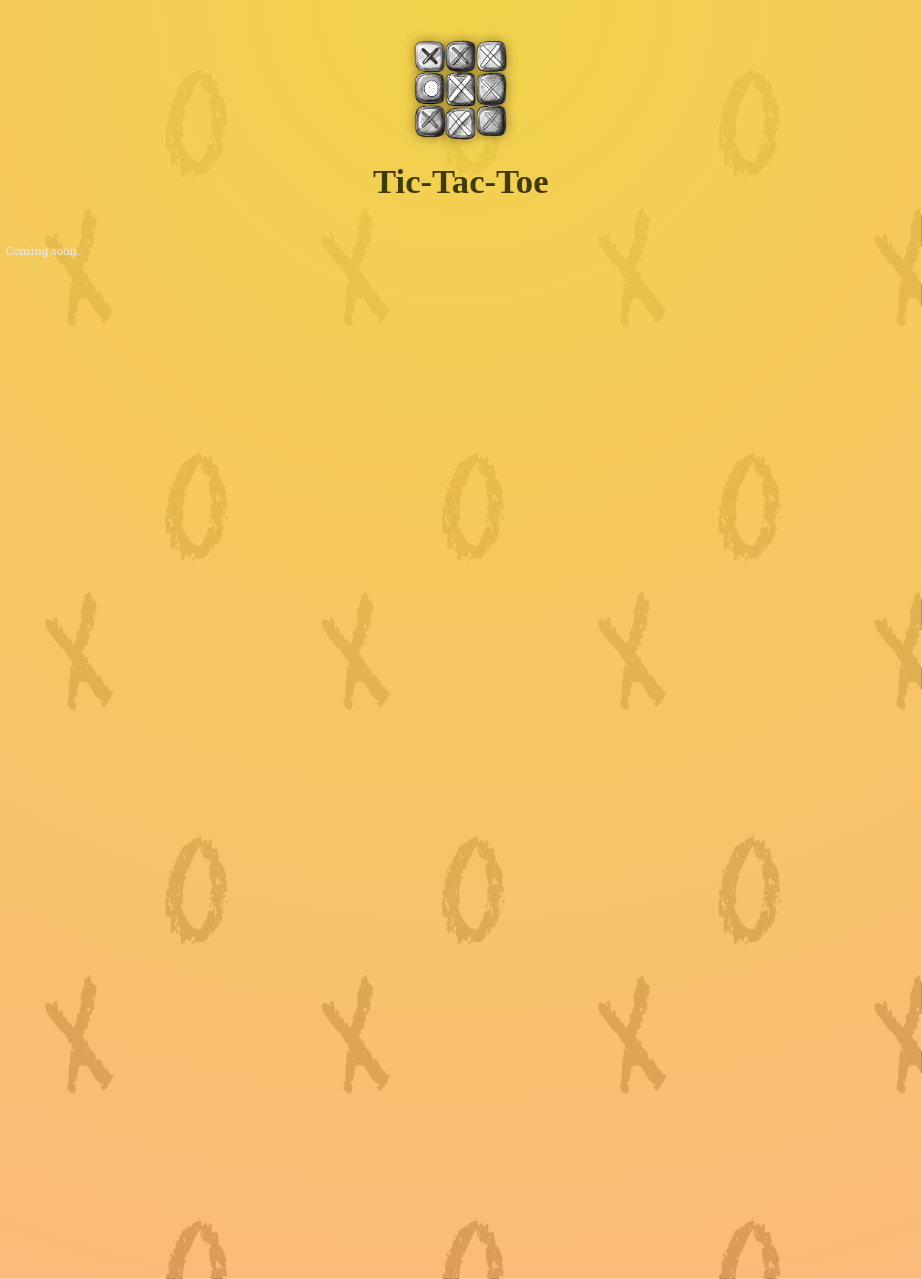
Repository: collyrium921/tic-tac-toe
Page: /
These files come from the project's save history. The page is drawn as it stood at one moment and after the next save; the edit follows.
The browser window is 1280 px wide. The pictures show the whole page, at 72% of full size.
Some web fonts or font styles are not loaded; a fallback is used. The project was rebuilt for these pictures with package versions that can differ from the ones it lists, and the page was loaded fresh each time. Also part of the build but not shown: vite.config.js.

Above is the page before, as saved 2024-05-23 00:39:48.

After the next save:
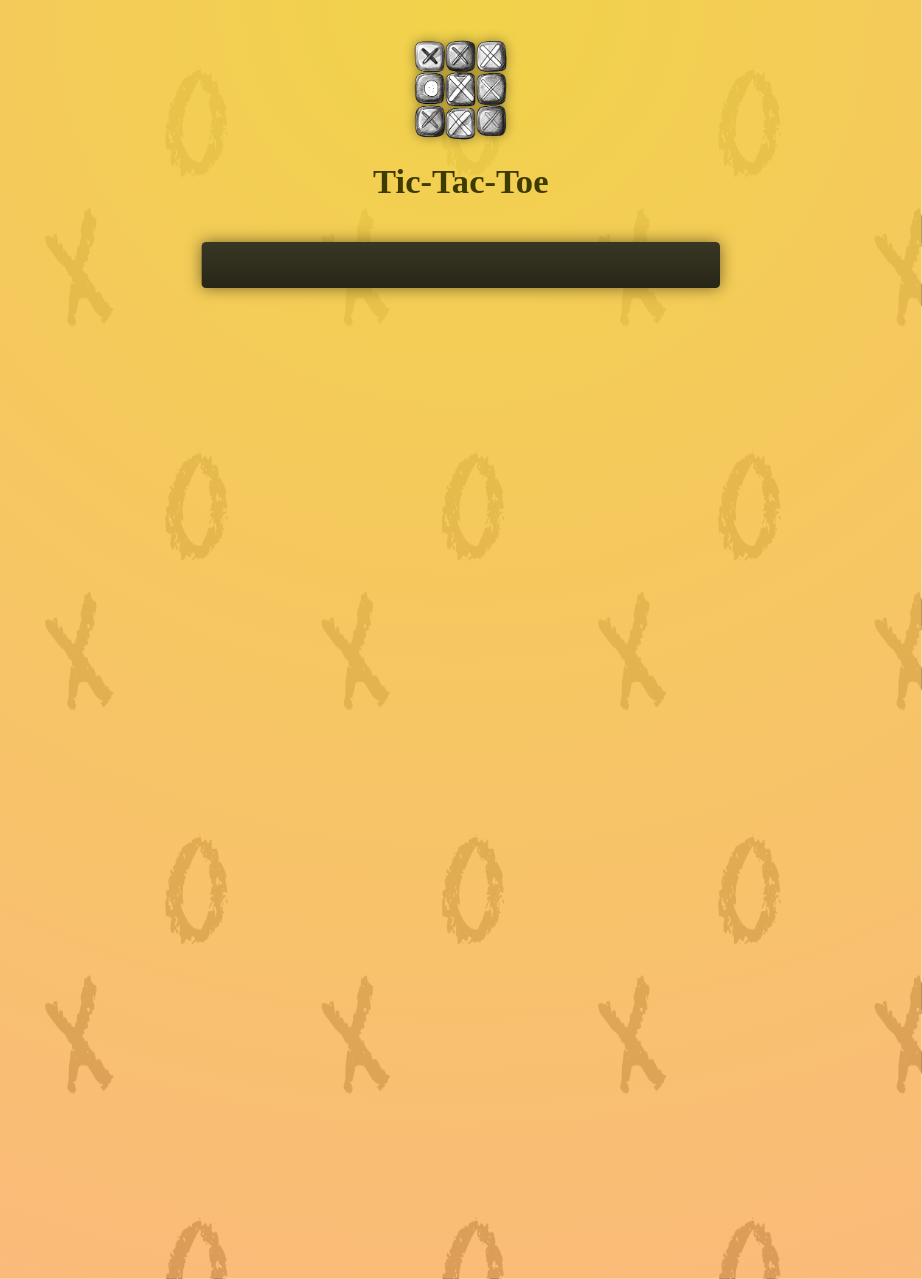
Saved 2 min 18 s later.
--- a/src/App.jsx
+++ b/src/App.jsx
@@ -3,7 +3,9 @@ function App() {
 
 
   return (
-    <p>Coming soon..</p>
+    <main>
+      <div id="game-container"></div>
+    </main>
   )
 }
 
